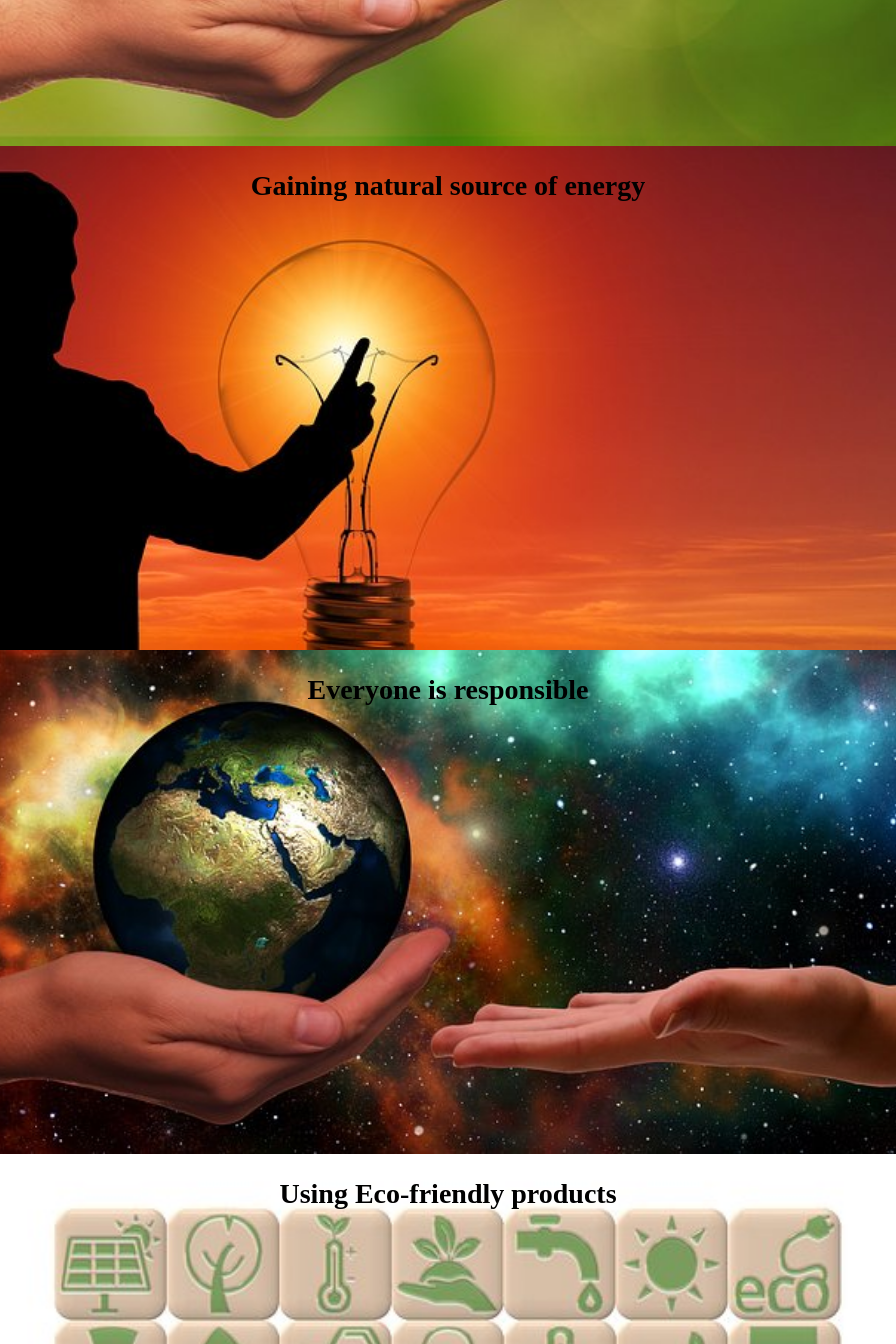
Repository: NavinDayanithi/static-web-design-competition
Page: index.html
These files come from the project's save history. The page is drawn as it stood at one moment and after the next save; the edit follows.
The browser window is 1280 px wide. The pictures show the part of the page from y = 1312 to 3232 px (the page is 4420 px tall before and 3813 px after), at 70% of full size.
Backgrounds fixed to the window are drawn as part of the page.

Above is the page before, as saved 2023-04-28 20:42:52.

After the next save:
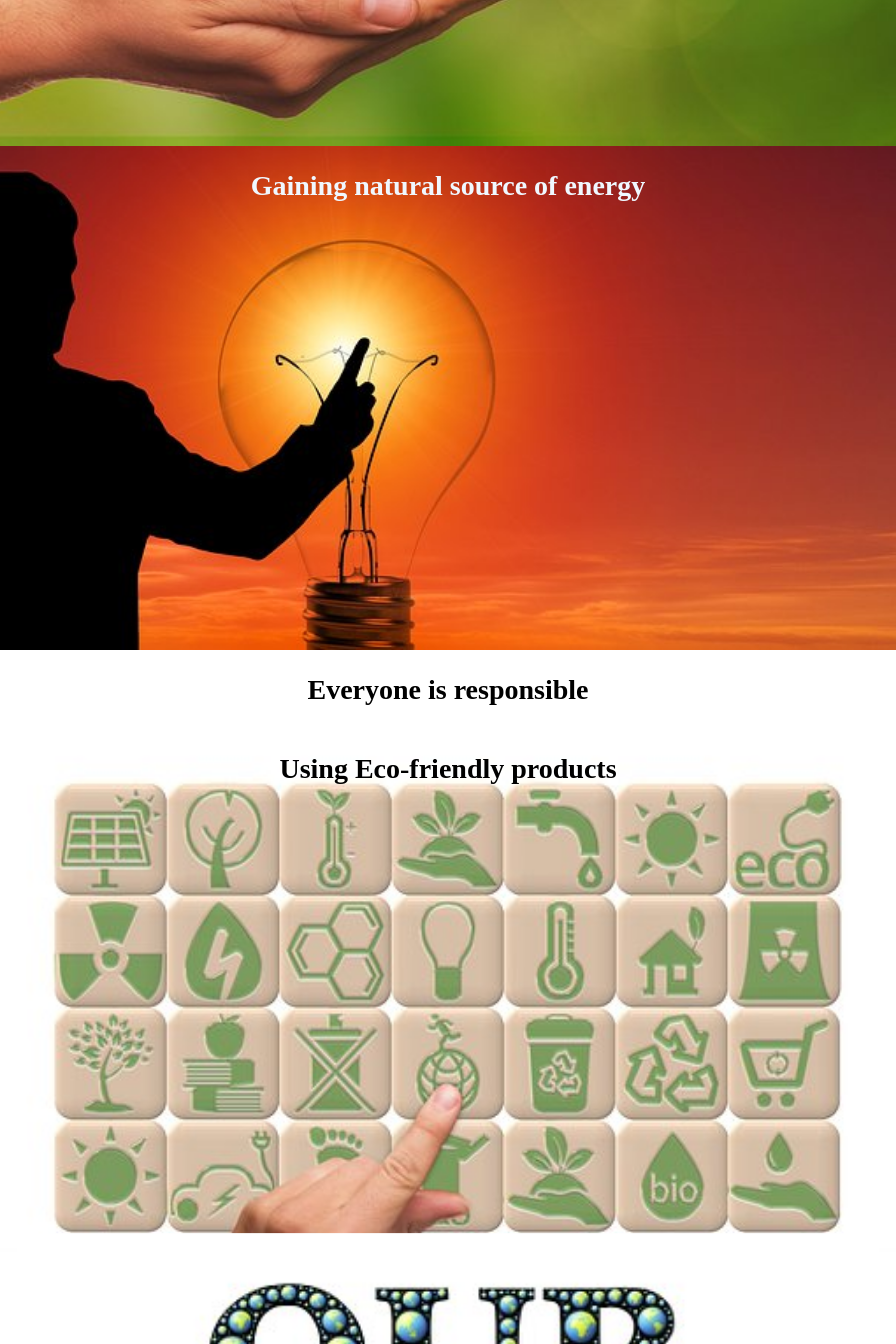
Saved 15 s later.
--- a/styles.css
+++ b/styles.css
@@ -49,6 +49,8 @@ head{
     background-size:cover;
     display: table;
     background-attachment: fixed;
+    color:aliceblue;
+}
 
 }
 

After the save that followed:
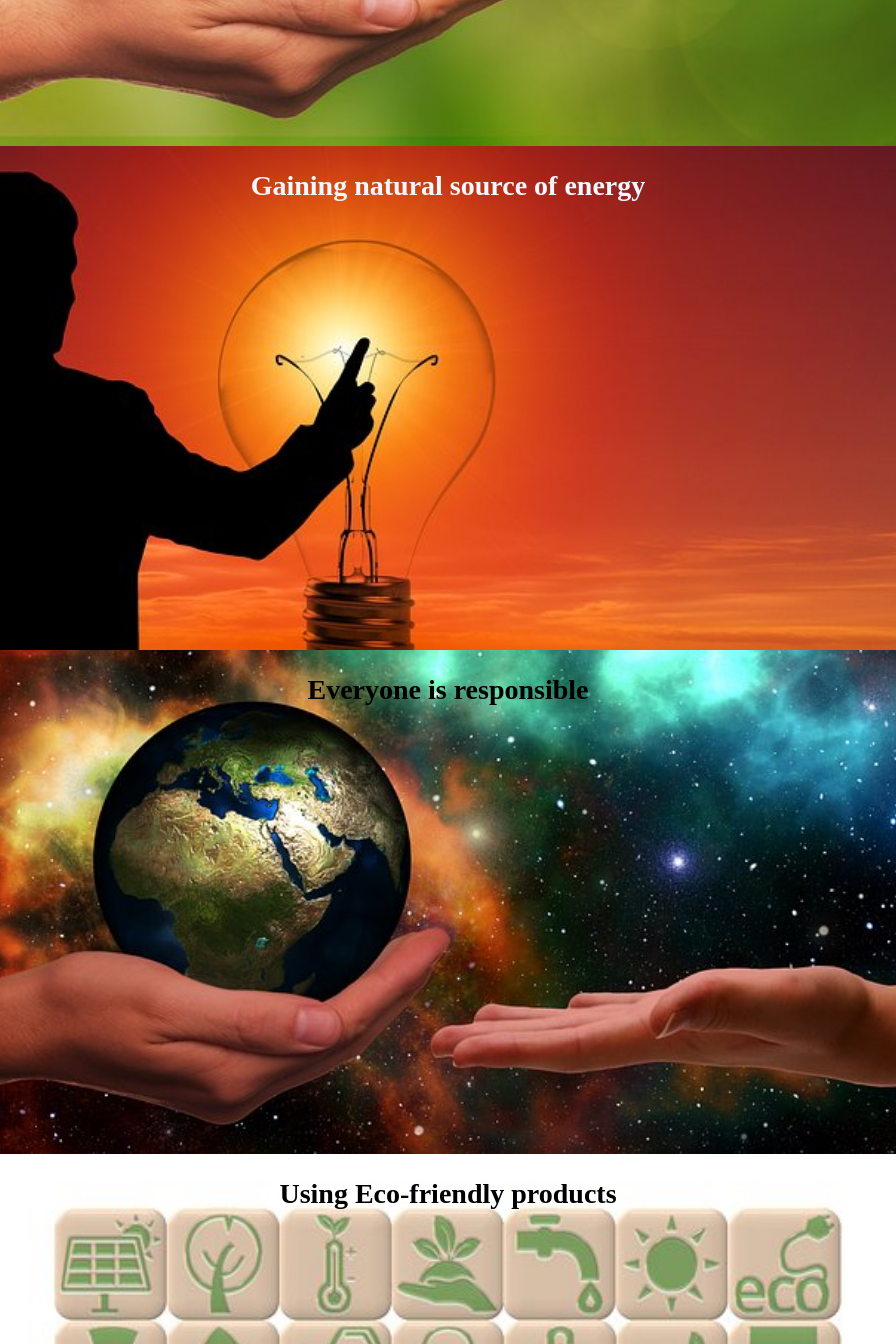
Saved 17 s later.
--- a/styles.css
+++ b/styles.css
@@ -52,7 +52,7 @@ head{
     color:aliceblue;
 }
 
-}
+
 
 
 .box4{
